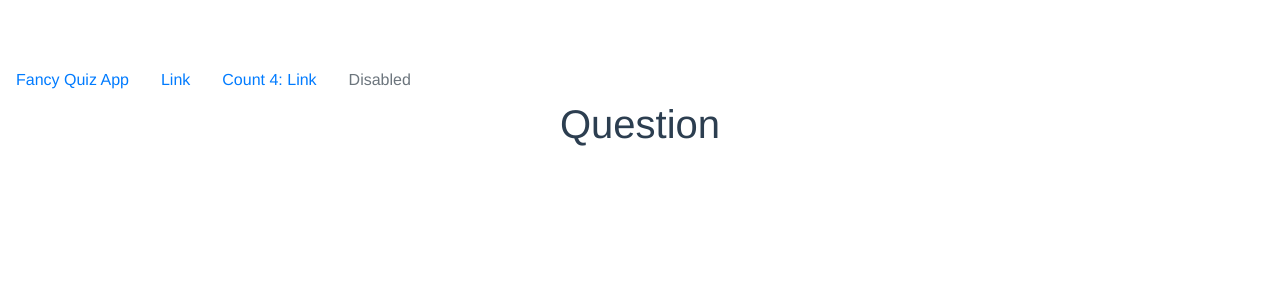
Repository: tokliver/AppVue
Page: /
The author's editor kept a copy of each file at every save. The page is drawn from the files as they stood at one save, then again after a run of saves.
The browser window is 1280 px wide. The pictures show the whole page.
The project was rebuilt for these pictures with package versions that can differ from the ones it lists, and the page was loaded fresh each time.

Above is the page before, as saved 2019-04-13 09:14:58.

After the next 2 saves:
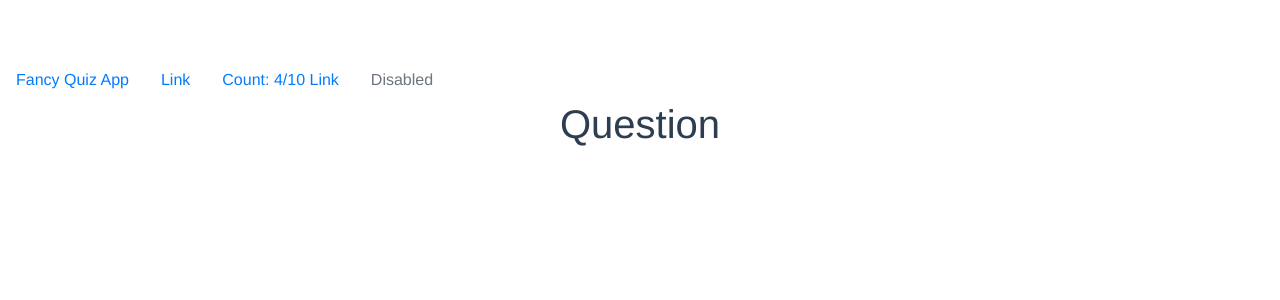
The 2 saves are shown as one change because they came seconds apart.
The last was saved 6 s later.
--- a/src/components/Header.vue
+++ b/src/components/Header.vue
@@ -3,7 +3,7 @@
   <b-nav>
     <b-nav-item active>Fancy Quiz App</b-nav-item>
     <b-nav-item>Link</b-nav-item>
-    <b-nav-item>Count 4: Link</b-nav-item>
+    <b-nav-item>Count: 4/10 Link</b-nav-item>
     <b-nav-item disabled>Disabled</b-nav-item>
   </b-nav>
 </div>
